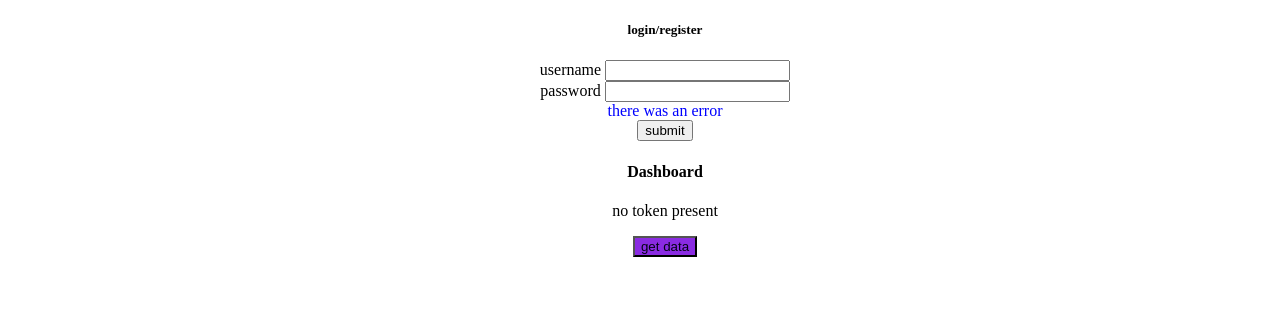
Repository: shivanand1988-28-06/townwarta
Page: http://localhost/
An editor plug-in stored every save of this project. The page is shown before and after the next save, followed by the edit.
The browser window is 1280 px wide. The pictures show the whole page.
Some web libraries are served in a nearby version. The page is served by the project's Node server (Townwarta.js). Other server files are loaded and not shown.

Above is the page before, as saved 2022-03-15 23:28:59.

### public/index.html
<!-- <!DOCTYPE html>
<html>

<head>
    <meta charset="UTF-8" />
    <meta http-equiv="X-UA-Compatible" content="IE=edge" />
    <meta name="viewport" content="width=device-width, initial-scale=1.0" />
    <title>Townwarta</title>
    <link rel="stylesheet" href="./styles.css" />
</head>
    <body>
        <main>
             <form class= "form makenews">
        <div>
              <label for= "newstitle" class= "newstitle-label">TITLE</label><br><br>
              <input type = "text" class = "newstitle-input"></input><br><br>
        </div>

        <div>
              <label for= "newsheading" class= "newsheading-label">Heading</label><br><br>
              <textarea name="heading" class="newsheading" ></textarea><br><br>
        </div>
 <div>
                <label for= "newsarticle" class= "news-label">NewsArticle</label><br><br>
                <textarea name=" newsarticle" cols="30" rows="10"></textarea><br><br>
            </div>
            <div>
                <label for="newsimages"></label><br><br>
                <input type="file" name="newsimage" multiple><br><br>
            </div>
            <div>
                <label for="tags" class="tags">SelectTags</label><br><br>
                <select class="tags" multiple>
                    <option value="sports">SPORTS</option>
                    <option value="health">HEALTH</option>
                    <option value="politics">POLITICS</option>
                    <option value="security">SECURITY</option>
                    <option value="international">INTERNATIONAL</option>
                    <option value="bollywood">BOLLYWOOD</option>
                </select><br><br>
            </div>
            <div>
                <label for="tags" class="tags">SelectStates</label><br><br>
                <select class="tags" multiple>
                    <option value="UTTARPRADESH">UTTARPRADESH</option>
                    <option value="MAHARASHTRA">MAHARASHTRA</option>
                    <option value="GUJRAT">GUJRAT</option>
                    <option value="PANJAB">PANJAB</option>
                    <option value="TAMILNADU">TAMILNADU</option>
                    <option value="JAMMU AND KASHMIR">JAMMU AND KASHMIR</option>
                </select><br><br>
            </div>

                <button type = "submit" class="form-submit">SUBMIT NEWS DATA</button>

            </form>

        </main>



<script>
 src="https://cdnjs.cloudflare.com/ajax/libs/axios/0.21.1/axios.min.js"
      integrity="sha512-bZS47S7sPOxkjU/4Bt0zrhEtWx0y0CRkhEp8IckzK+ltifIIE9EMIMTuT/mEzoIMewUINruDBIR/jJnbguonqQ=="
      crossorigin="anonymous"
      referrerpolicy="no-referrer"
</script>
<script src= "./browser-app.js"></script>
</body>
</html> -->




<!DOCTYPE html>
<html lang="en">
  <head>
    <meta charset="UTF-8" />
    <meta http-equiv="X-UA-Compatible" content="IE=edge" />
    <meta name="viewport" content="width=device-width, initial-scale=1.0" />
    <title>JWT Basics</title>
    <link rel="stylesheet" href="./styles.css" />

  </head>
  <body>

    <main class ="first" id ="firstform">
      <div >
      <form class = "form contact-form" >
        <h5>login/register</h5>
        <div class ="form-row">
          <label for="username" class="form-label">username</label>
          <input type="text" class="form-input username-input" />
        </div>
        <div class="form-row">
          <label for="password" class="form-label">password</label>
          <input type="password" class="form-input password-input" />
        </div>
        <div class="text-small form-alert">there was an error</div>
        <button type="submit" class="btn btn-block">submit</button>
      </form>
    </div>
      <div class="container">
        <h4>Dashboard</h4>
        <p class="token">no token present</p>
        <div class="result"></div>
        <button class="btn btn-block" id="data">get data</button>
      </div>

      <div id="root"></div>
    </main>
    <script
      src="https://cdnjs.cloudflare.com/ajax/libs/axios/0.21.1/axios.min.js"
      integrity="sha512-bZS47S7sPOxkjU/4Bt0zrhEtWx0y0CRkhEp8IckzK+ltifIIE9EMIMTuT/mEzoIMewUINruDBIR/jJnbguonqQ=="
      crossorigin="anonymous"
      referrerpolicy="no-referrer"
    ></script>
    <script src="./browser-app.js"></script>

  </body>
</html>

### Townwarta.js

require("dotenv").config();
const express = require("express");
const mongoose = require("mongoose");
const router = require("./routes/mainroutes");
const connectDB = require("./db/connect");
const app = express();

const port = process.env.PORT || 3000

app.use(express.json());

 app.use("/api/v1",router);
 app.use (express.urlencoded({extended:false}));
 app.use(express.static("./public"));

const start = async () =>{

try{

    await connectDB(process.env.MONGO_URI);
    app.listen(port,()=>{ console.log(`app is running over port ${port}`)});

}catch(error) {

    console.log(error);

}

}

start();

### public/styles.css
.makenews{
    text-align: center;
    padding-top: 40px;
};
.newstitle-label{
   padding-bottom: 0px;
   color:blue;
}
.newstitle-input{
    color:brown;
};
.newsheading{

    color:blue
}

.first{

   margin-left: 50px;
   text-align: center;

   }


.form-alert{
    color:blue
}

#data{
    color: rgb(3, 3, 22);
    background-color: blueviolet;
}

### public/browser-app.js

// const formDOM = document.querySelector('.form');
// const usernameInputDOM = document.querySelector('.username-input');
// const passwordInputDOM = document.querySelector('.password-input');
// const btnDOM = document.querySelector('#data');
// const resultDOM = document.querySelector('.result');

// formDOM.addEventListener('submit',async(e)=>{
//    e.preventDefault();
//     const username = usernameInputDOM.value
//     const password = passwordInputDOM.valuey

//     const newsheading = textDOM.value;

// try{

// const {data} = await axios.post('/api/v1/news/users',{username,password})

// }catch(error){
//         console.log(error);
// }


//      }
// );

// btnDOM.addEventListener('click',async(e)=>{
//         const {data} = await axios.get('/api/v1/news/users',(e)=>{console.log({data})}

//         );
//         resultDOM.innerHTML = `<h1>${data.username}</h1>`;
// }

// )






const formDOM = document.querySelector('.form');
const usernameInputDOM = document.querySelector('.username-input');
const passwordInputDOM = document.querySelector('.password-input');
const formAlertDOM = document.querySelector('.form-alert');
const resultDOM = document.querySelector('.result');
const btnDOM = document.querySelector('#data');
const tokenDOM = document.querySelector('.token');

formDOM.addEventListener('submit', async (e) => {
  formAlertDOM.classList.remove('text-success')
  tokenDOM.classList.remove('text-success')

  e.preventDefault()
  const username = usernameInputDOM.value
  const password = passwordInputDOM.value

  try {
    const { data } = await axios.post('/api/v1/users', { username, password })

    formAlertDOM.style.display = 'block'
    formAlertDOM.textContent = data.msg

    formAlertDOM.classList.add('text-success')
    usernameInputDOM.value = ''
    passwordInputDOM.value = ''

    localStorage.setItem('token', data.token)
    resultDOM.innerHTML = ''
    tokenDOM.textContent = 'token present'
    tokenDOM.classList.add('text-success')
  } catch (error) {
    formAlertDOM.style.display = 'block'
    formAlertDOM.textContent = error.response.data.msg
    localStorage.removeItem('token')
    resultDOM.innerHTML = ''
    tokenDOM.textContent = 'no token present'
    tokenDOM.classList.remove('text-success')
  }
  setTimeout(() => {
    formAlertDOM.style.display = 'none'
  }, 2000)
})

btnDOM.addEventListener('click', async () => {
  const token = localStorage.getItem('token')
  try {
    const { data } = await axios.get('/api/v1/users', {
      headers: {
        Authorization: `Bearer ${token}`,
      },
    })
    resultDOM.innerHTML = `<h5>${data.msg}</h5><p>${data.allusers[data.allusers.length-1].password}</p>`
    console.log(data.allusers.length);
    data.secret
  } catch (error) {
    localStorage.removeItem('token')
    resultDOM.innerHTML = `<p>${error.response.data.msg}</p>`
  }
})

const checkToken = () => {
  tokenDOM.classList.remove('text-success')

  const token = localStorage.getItem('token')
  if (token) {
    tokenDOM.textContent = 'token present'
    tokenDOM.classList.add('text-success')
  }
}
checkToken();

After the next save:
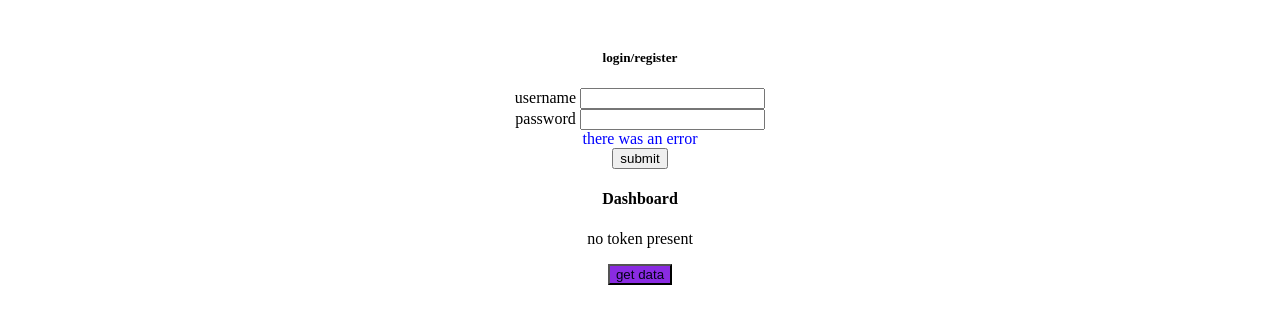
Saved 46 s later.
--- a/public/styles.css
+++ b/public/styles.css
@@ -16,7 +16,7 @@
 
 .first{
 
-   margin-left: 50px;
+   margin: 50px;
    text-align: center;
 
    }
